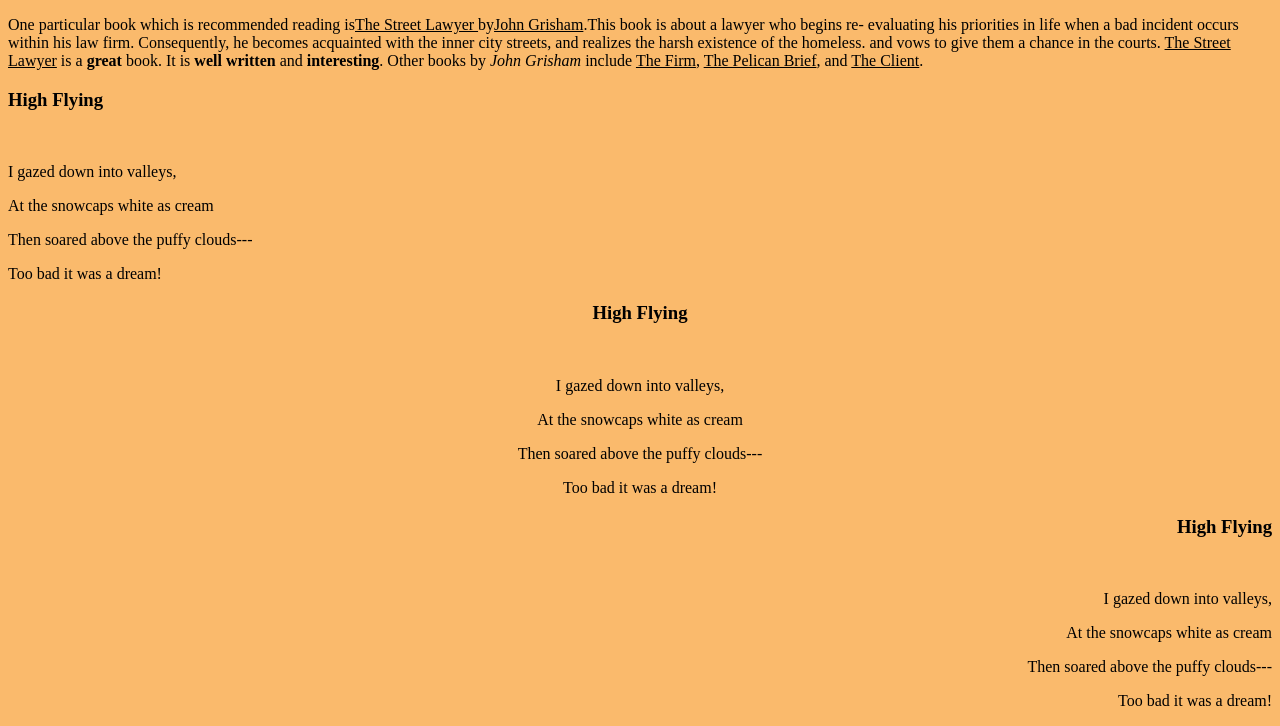
Repository: thu1365/TH_HTCNWEB
Page: HTML/BT.html
An editor plug-in stored every save of this project. The page is shown before and after the next save, followed by the edit.
The browser window is 1280 px wide. The pictures show the whole page.

Above is the page before, as saved 2023-02-20 21:12:40.

### HTML/BT.html
<!DOCTYPE html>
<html lang="en">
<head>
    <meta charset="UTF-8">
    <meta http-equiv="X-UA-Compatible" content="IE=edge">
    <meta name="viewport" content="width=device-width, initial-scale=1.0">
    <title>Document</title>
</head>
<body>
    <p> One particular book which is recommended reading is<u>The Street Lawyer </u>by<u>John Grisham</u>.This book is about a lawyer who begins re- evaluating his priorities in life when a bad incident occurs within his law firm. Consequently, he becomes acquainted with the inner city streets, and realizes the harsh existence of the homeless. and vows to give them a chance in the courts. <u>The Street Lawyer</u> is a <b>great</b> book. It is <b>well written</b> and <b>interesting</b>. Other books by <i>John Grisham</i> include <u>The Firm</u>, <u>The Pelican Brief</u>, and <u>The
        Client</u>. </p>
<style>
    body{
    background-color: rgb(250, 186, 108);/* Mau nen cua trang web la mau den */
    color : rgb(0, 0, 0); /* Van ban hien thi bang mau trang */
    }
</style>

<body>
    <p>
        <h3> High Flying</h3>
        <img src="" alt=""/>
        <p>I gazed down into valleys,</p>
        <p>At the snowcaps white as cream</p>
        <p>Then soared above the puffy clouds---</p>
        <p>Too bad it was a dream!</p>
    </p>
    <center>
        <h3> High Flying</h3>
        <img src="" alt=""/>
        <p>I gazed down into valleys,</p>
        <p>At the snowcaps white as cream</p>
        <p>Then soared above the puffy clouds---</p>
        <p>Too bad it was a dream!</p>
    </center>
    <p>  <h3 align="right"> High Flying</h3>
        <img src="" alt=""/>
        <p align="right">I gazed down into valleys,</p>
        <p align="right">At the snowcaps white as cream</p>
        <p align="right">Then soared above the puffy clouds---</p>
        <p align="right">Too bad it was a dream!</p>
    </p>
</body>
</html>

After the next save:
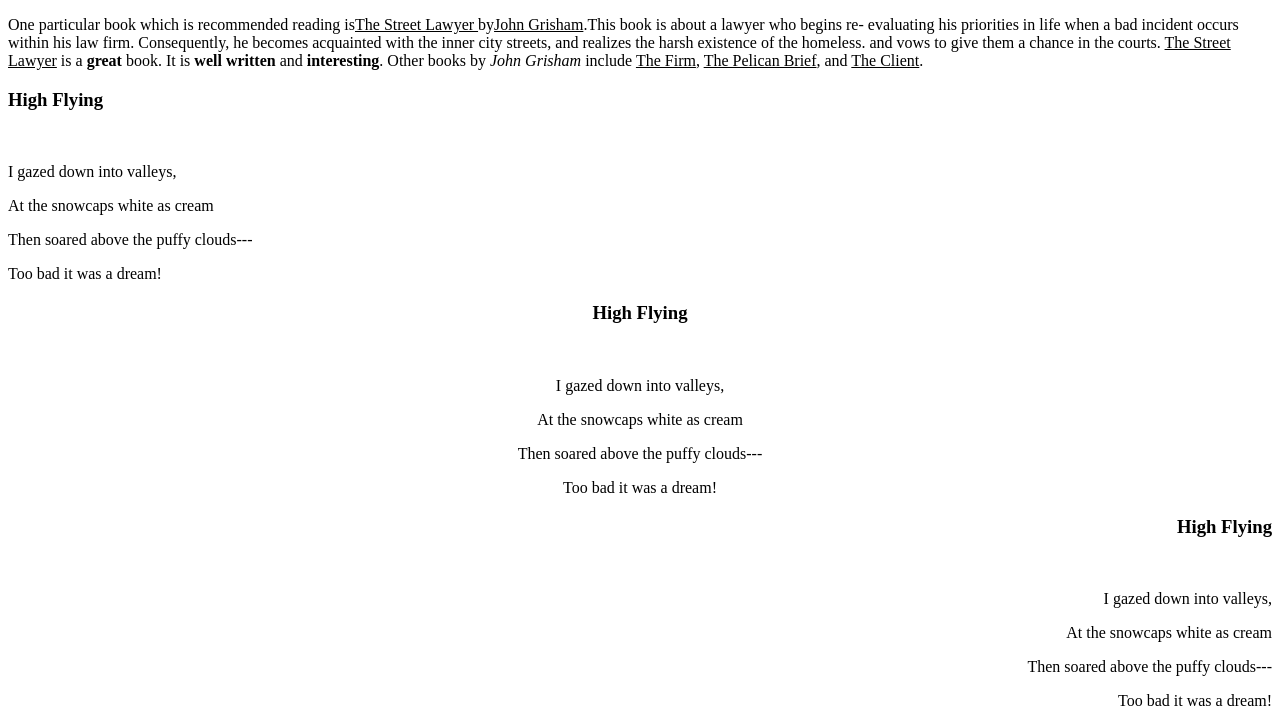
Saved 101 s later.
--- a/HTML/BT.html
+++ b/HTML/BT.html
@@ -6,17 +6,11 @@
     <meta name="viewport" content="width=device-width, initial-scale=1.0">
     <title>Document</title>
 </head>
-<body>
-    <p> One particular book which is recommended reading is<u>The Street Lawyer </u>by<u>John Grisham</u>.This book is about a lawyer who begins re- evaluating his priorities in life when a bad incident occurs within his law firm. Consequently, he becomes acquainted with the inner city streets, and realizes the harsh existence of the homeless. and vows to give them a chance in the courts. <u>The Street Lawyer</u> is a <b>great</b> book. It is <b>well written</b> and <b>interesting</b>. Other books by <i>John Grisham</i> include <u>The Firm</u>, <u>The Pelican Brief</u>, and <u>The
-        Client</u>. </p>
-<style>
-    body{
-    background-color: rgb(250, 186, 108);/* Mau nen cua trang web la mau den */
-    color : rgb(0, 0, 0); /* Van ban hien thi bang mau trang */
-    }
-</style>
 
 <body>
+    <body>
+        <p> One particular book which is recommended reading is<u>The Street Lawyer </u>by<u>John Grisham</u>.This book is about a lawyer who begins re- evaluating his priorities in life when a bad incident occurs within his law firm. Consequently, he becomes acquainted with the inner city streets, and realizes the harsh existence of the homeless. and vows to give them a chance in the courts. <u>The Street Lawyer</u> is a <b>great</b> book. It is <b>well written</b> and <b>interesting</b>. Other books by <i>John Grisham</i> include <u>The Firm</u>, <u>The Pelican Brief</u>, and <u>The
+            Client</u>. </p>
     <p>
         <h3> High Flying</h3>
         <img src="" alt=""/>
